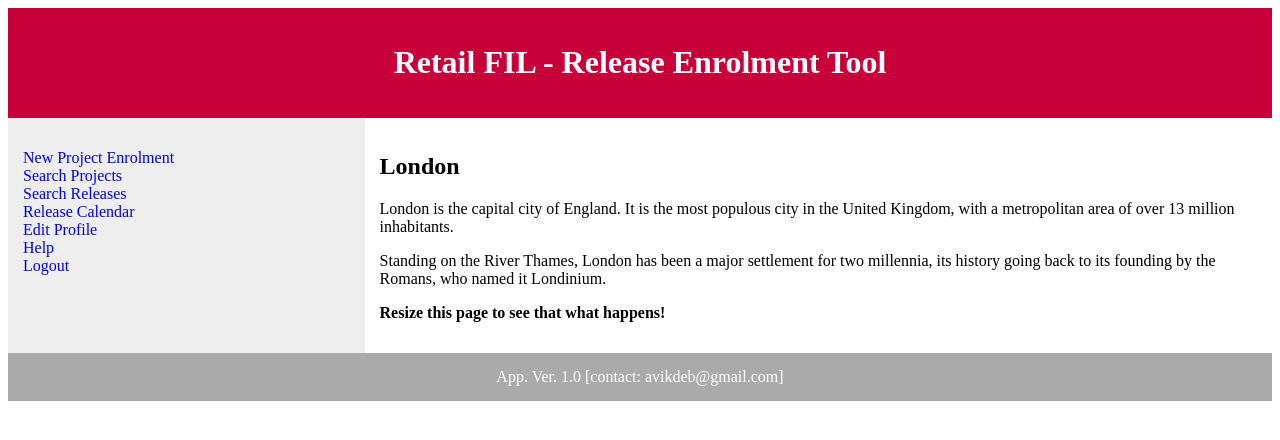
Repository: guribrar/enrolmentapp
Page: http://localhost/enrolmentapp/testlogin.jsp
The author's editor kept a copy of each file at every save. The page is drawn from the files as they stood at one save, then again after the next save.
The browser window is 1280 px wide. The pictures show the whole page.
The page is served by Tomcat 9. Other server files are loaded and not shown.

Above is the page before, as saved 2016-12-31 14:46:41.

### enrolmentapp/WebContent/testlogin.jsp
<%@ page language="java" contentType="text/html; charset=ISO-8859-1"
    pageEncoding="ISO-8859-1"%>

<%@ taglib uri="http://java.sun.com/jsp/jstl/sql" prefix="sql" %>
<%@ taglib uri="http://java.sun.com/jsp/jstl/core" prefix="c" %>

<!DOCTYPE html>
<html>
<head>
<style>
.flex-container {
    display: -webkit-flex;
    display: flex;
    -webkit-flex-flow: row wrap;
    flex-flow: row wrap;
    text-align: center;
}

.flex-container > * {
    padding: 15px;
    -webkit-flex: 1 100%;
    flex: 1 100%;
}

.content {
    text-align: left;
}

header {background: #C70039;color:white;}
footer {background: #aaa;color:white;}
.nav {background:#eee;}

.nav ul {
    list-style-type: none;
    padding: 0;
}
.nav ul a {
    text-decoration: none;
}

@media all and (min-width: 768px) {
    .nav {text-align:left;-webkit-flex: 1 auto;flex:1 auto;-webkit-order:1;order:1;}
    .content {-webkit-flex:5 0px;flex:5 0px;-webkit-order:2;order:2;}
    footer {-webkit-order:3;order:3;}
}
</style>
</head>
<body>

<div class="flex-container">
<header>
  <h1>Retail FIL - Release Enrolment Tool</h1>
</header>

<nav class="nav">
<ul>
  <li><a href="#">New Project Enrolment</a></li>
  <li><a href="#">Search Projects</a></li>
  <li><a href="#">Search Releases</a></li>
  <li><a href="#">Release Calendar</a></li>
  <li><a href="#">Edit Profile</a></li>
  <li><a href="#">Help</a></li>
  <li><a href="#">Logout</a></li>
</ul>
</nav>

<article class="content">
  <h1>London</h1>
  <p>London is the capital city of England. It is the most populous city in the United Kingdom,
  with a metropolitan area of over 13 million inhabitants.</p>
  <p>Standing on the River Thames, London has been a major settlement for two millennia,
  its history going back to its founding by the Romans, who named it Londinium.</p>
  <p><strong>Resize this page to see that what happens!</strong></p>
</article>

<footer>App. Ver. 1.0 [contact: avikdeb@gmail.com]</footer>
</div>

</body>
</html>

After the next save:
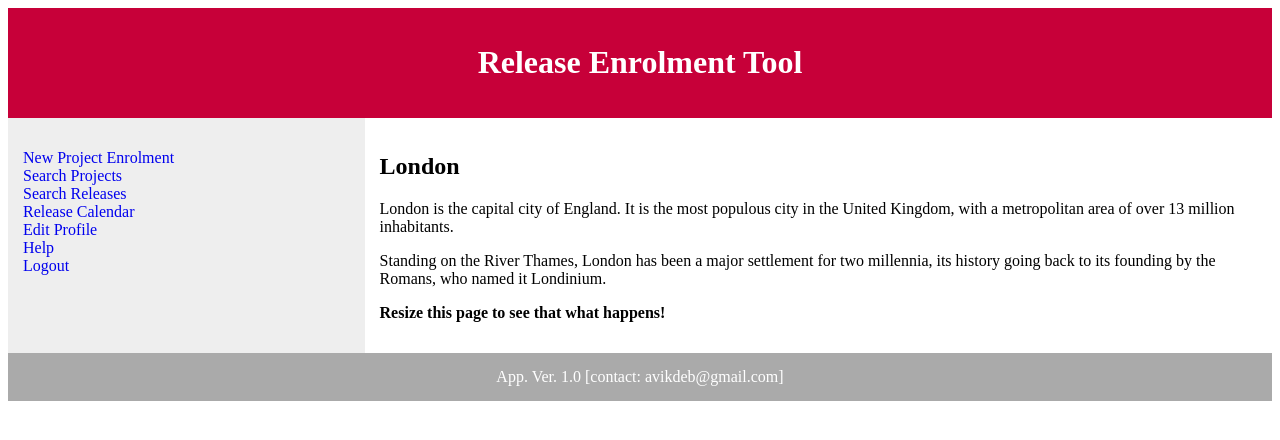
Saved 61 s later.
--- a/enrolmentapp/WebContent/testlogin.jsp
+++ b/enrolmentapp/WebContent/testlogin.jsp
@@ -49,7 +49,7 @@ footer {background: #aaa;color:white;}
 
 <div class="flex-container">
 <header>
-  <h1>Retail FIL - Release Enrolment Tool</h1>
+  <h1>Release Enrolment Tool</h1>
 </header>
 
 <nav class="nav">
